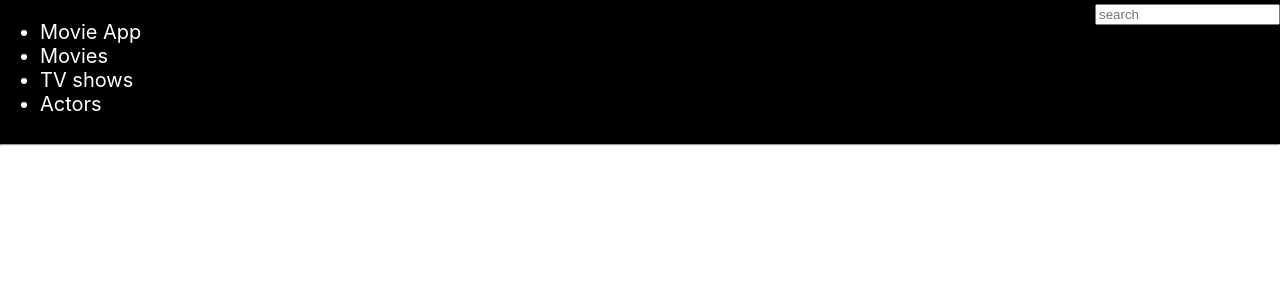
Repository: manahiang/MovieMana
Page: / (app in src/)
An editor plug-in stored every save of this project. The page is shown before and after a run of saves, followed by the edit.
The browser window is 1280 px wide. The pictures show the whole page.
The project was rebuilt for these pictures with package versions that can differ from the ones it lists, and the page was loaded fresh each time. Also part of the build but not shown: src/src/App.css.

Above is the page before, as saved 2022-11-14 10:39:59.

After the next 2 saves:
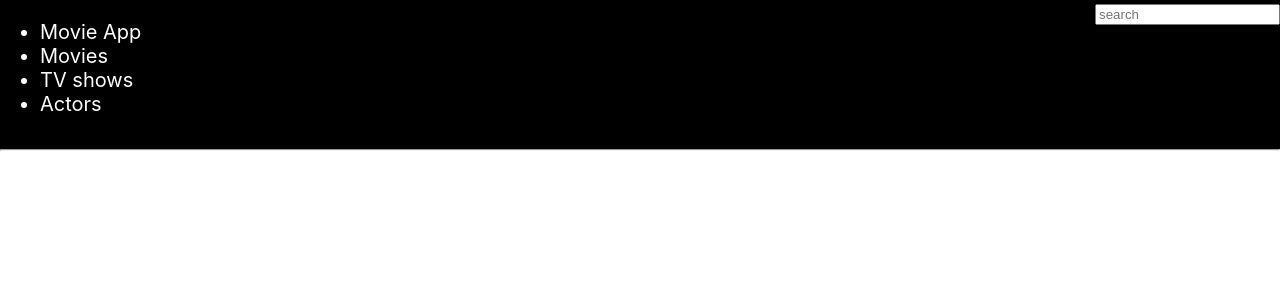
The 2 saves are shown as one change because they came seconds apart.
The last was saved 12 s later.
--- a/src/src/index.css
+++ b/src/src/index.css
@@ -11,6 +11,7 @@ body {
   width: 100%;
   height: 100%;
   background-color: black;
+  font-size: 25px;
 }
 .navbar{
   display: flex;
